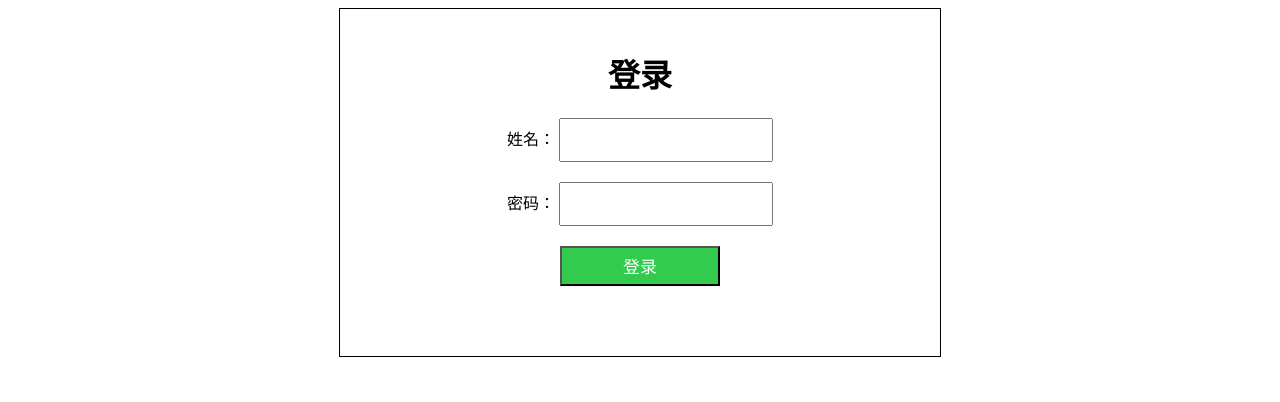
Repository: Jasonlee6789/ImgsUploadProject
Page: static/login.html
These files come from the project's save history. The page is drawn as it stood at one moment and after the next save; the edit follows.
The browser window is 1280 px wide. The pictures show the whole page.

Above is the page before, as saved 2020-07-28 15:54:55.

After the next save:
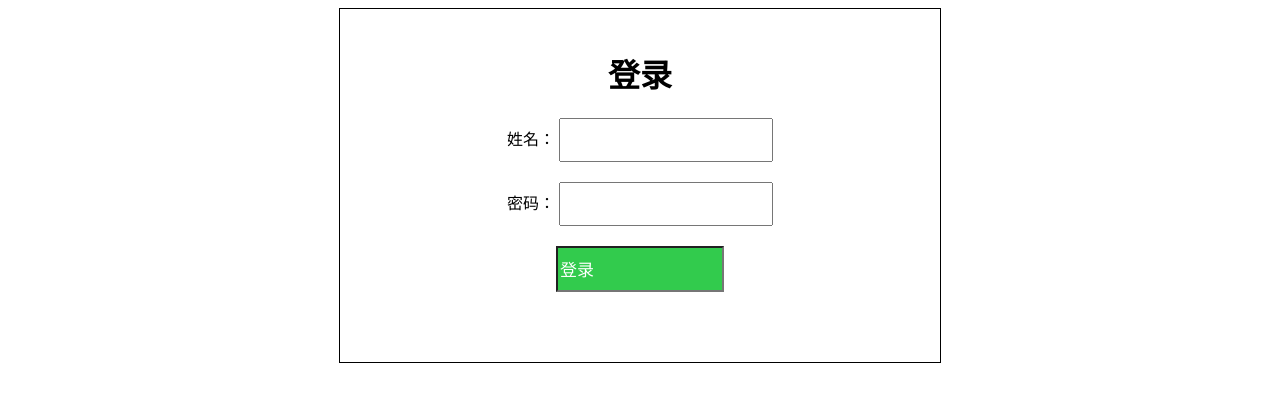
Saved 104 s later.
--- a/static/login.html
+++ b/static/login.html
@@ -17,7 +17,7 @@
         <input class="inputStyle" type="password" name="pwd" /><br />
         <input
           class="loginStyle"
-          type="submit"
+          type="onsubmit"
           onclick="checkUser()"
           value="登录"
         />

After the 2 saves that followed:
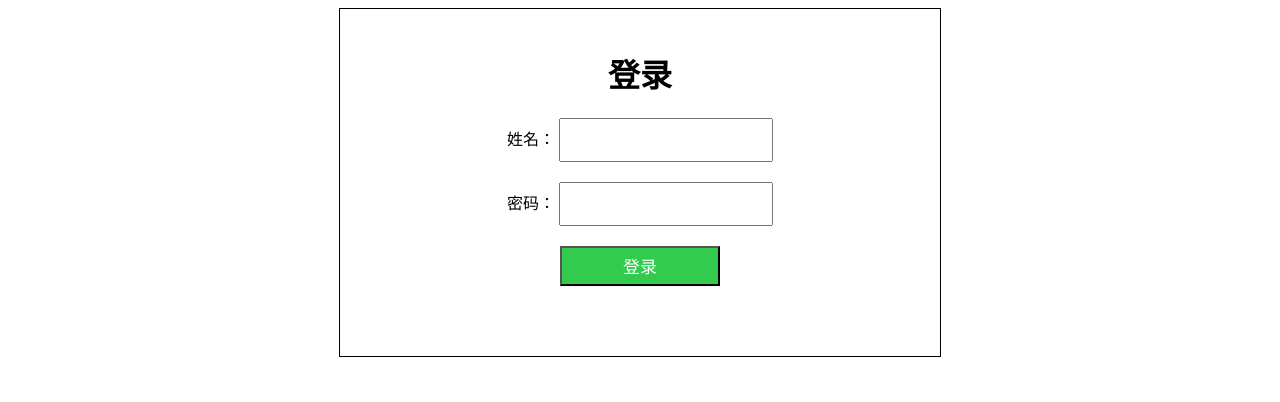
The 2 saves are shown as one change because 1 left the picture as it was.
The last was saved 53 s later.
--- a/static/login.html
+++ b/static/login.html
@@ -17,7 +17,7 @@
         <input class="inputStyle" type="password" name="pwd" /><br />
         <input
           class="loginStyle"
-          type="onsubmit"
+          type="button"
           onclick="checkUser()"
           value="登录"
         />
@@ -36,7 +36,7 @@
           xhr.setRequestHeader("Authorization", "Bearer " + token);
           xhr.send();
         }
-        function checkUser(e) {
+        function checkUser() {
           const xhr = new XMLHttpRequest();
           xhr.open("post", "/login");
           xhr.onload = () => {
@@ -53,7 +53,7 @@
           xhr.setRequestHeader("content-type", "application/json");
           xhr.send(JSON.stringify(data));
           return false;
-          e.preventDefault();
+          // e.preventDefault();
         }
       </script>
     </div>
